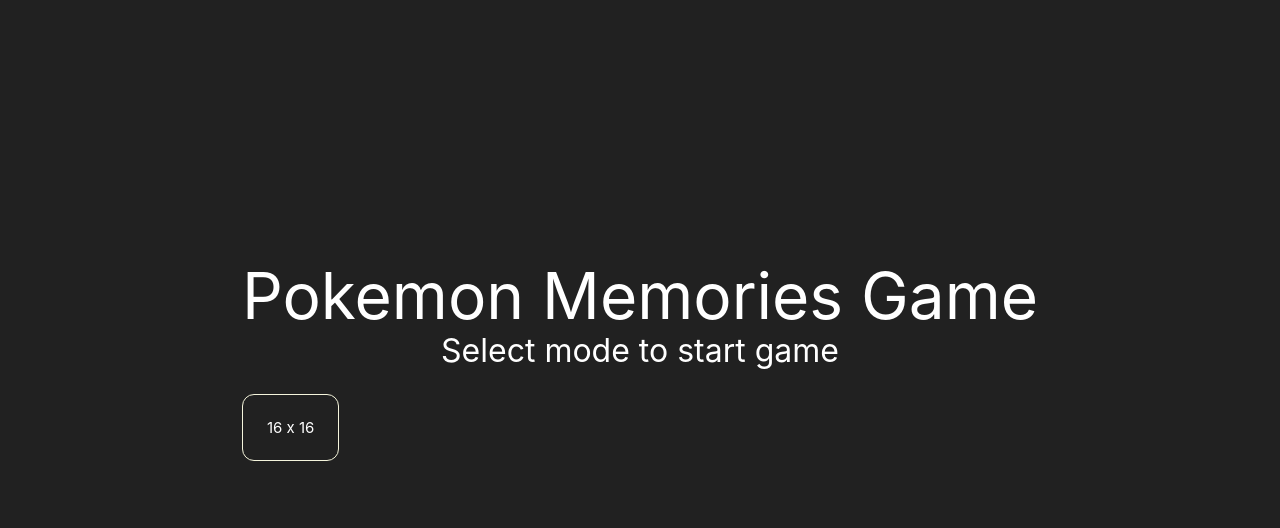
Repository: Kafierence/flip_card
Page: /
These files come from the project's save history. The page is drawn as it stood at one moment and after a run of saves; the edit follows.
The browser window is 1280 px wide. The pictures show the whole page.
The project was rebuilt for these pictures with package versions that can differ from the ones it lists, and the page was loaded fresh each time. Also part of the build but not shown: vite.config.js.

Above is the page before, as saved 2022-09-20 14:22:03.

After the next 2 saves:
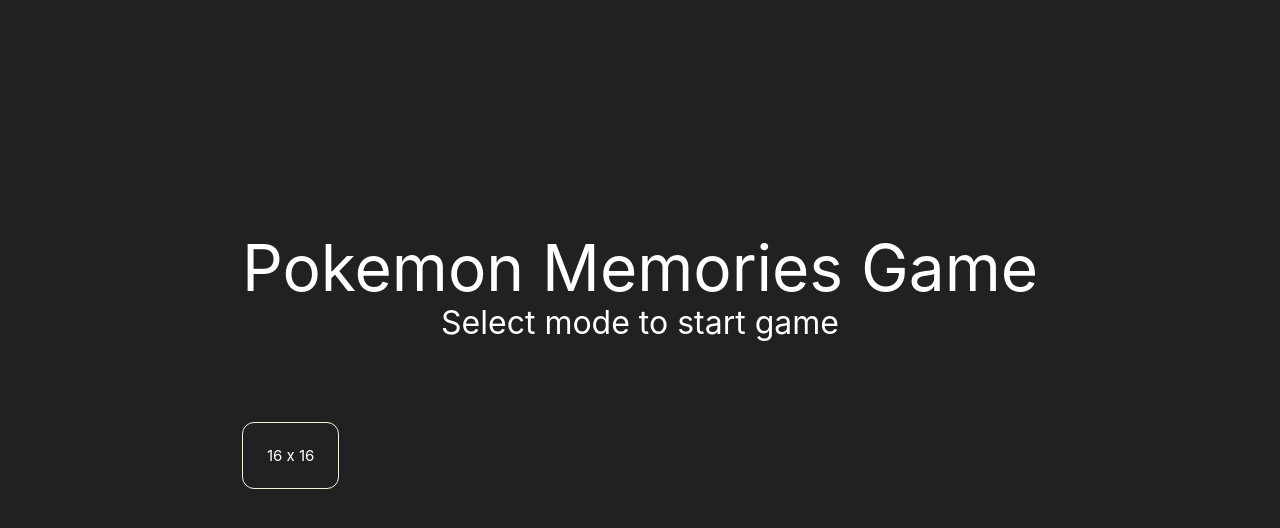
The 2 saves are shown as one change because they came seconds apart.
The last was saved 19 s later.
--- a/src/views/Welcome.vue
+++ b/src/views/Welcome.vue
@@ -34,7 +34,7 @@
         font-size: 2rem;
     }
     .container .mode_select{
-        margin-top: 1.5rem;
+        margin-top: 5rem;
         display: flex;
 
     }
